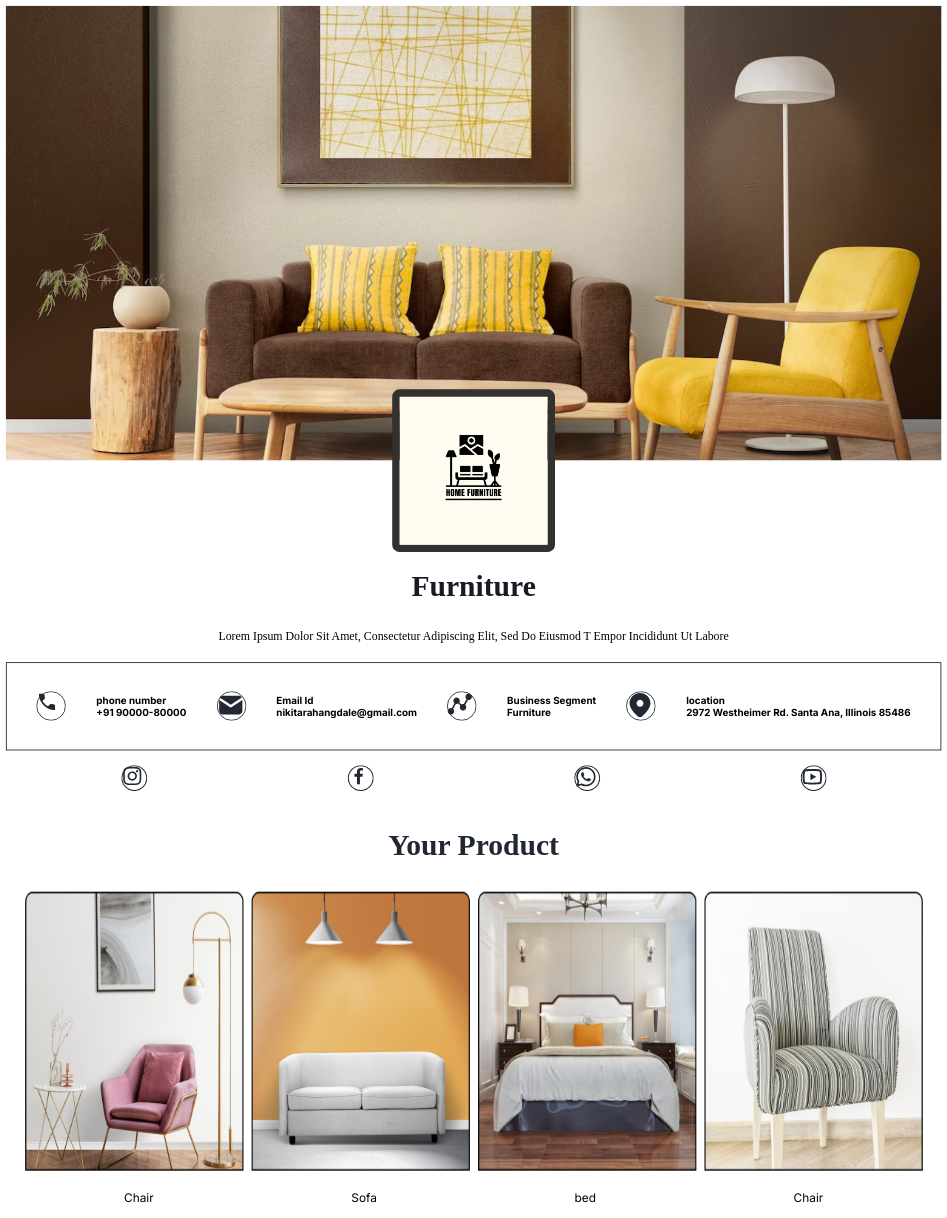
Repository: nikita120402/next13-deploy
Page: /
These files come from the project's save history. The page is drawn as it stood at one moment and after the next save; the edit follows.
The browser window is 1280 px wide. The pictures show the whole page, at 74% of full size.
The project was rebuilt for these pictures with package versions that can differ from the ones it lists, and the page was loaded fresh each time. The framework's server and built-in components were replaced by stand-ins that run in the browser. Also part of the build but not shown: next.config.js.

Above is the page before, as saved 2023-08-07 16:01:30.

After the next save:
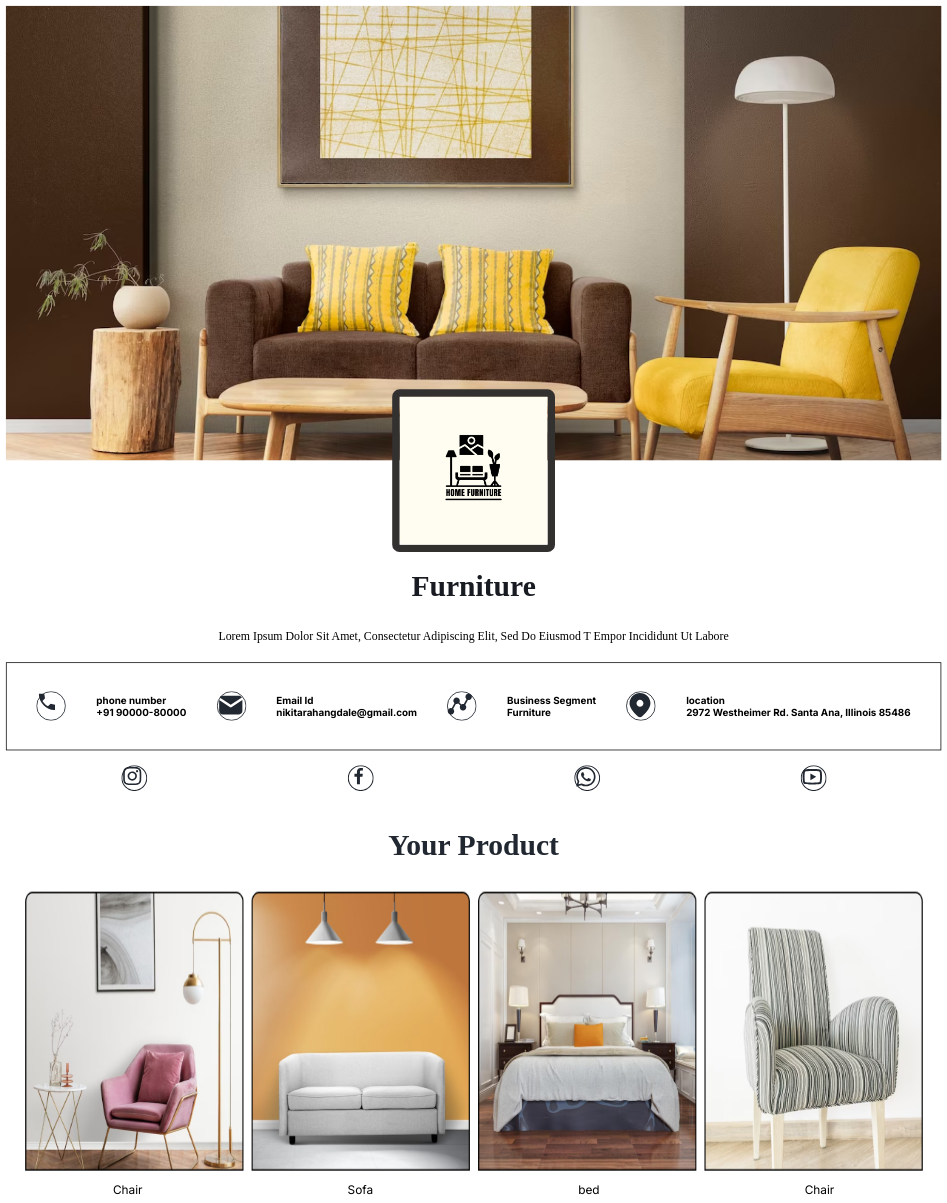
Saved 39 s later.
--- a/src/app/Design.module.css
+++ b/src/app/Design.module.css
@@ -62,8 +62,6 @@
     text-align: left;
     font-size: 16px;
     margin: 6px;
-    padding: 10px 20px;
     justify-content: space-around;
-    border-radius: 10px 10px 0px 0px;
 
 }
